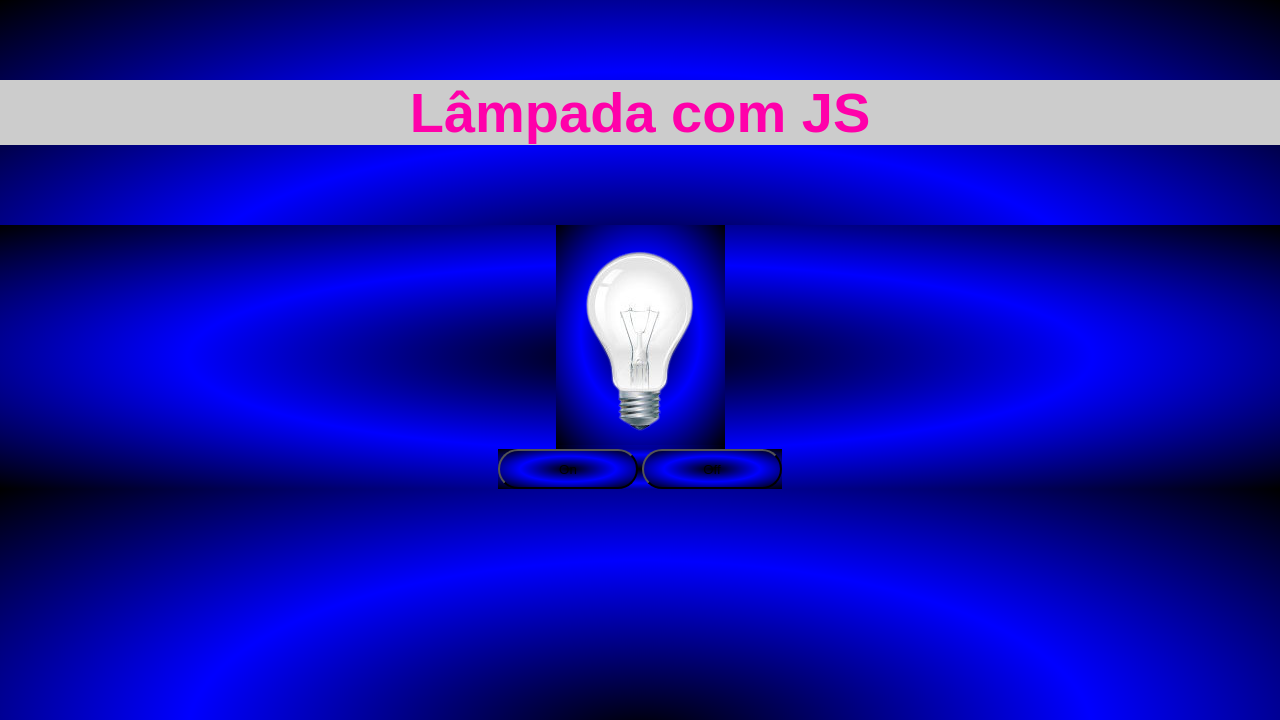
Repository: kahut-gdd/lampadaComJs
Page: index.html
These files come from the project's save history. The page is drawn as it stood at one moment and after the next save; the edit follows.
The browser window is 1280 px wide. The pictures show the whole page.

Above is the page before, as saved 2022-06-25 13:05:33.

### index.html
<!DOCTYPE html>
<html lang="pt-br">
<head>
    <meta charset="UTF-8">
    <meta http-equiv="X-UA-Compatible" content="IE=edge">
    <meta name="viewport" content="width=device-width, initial-scale=1.0">
    <title>LampadaComJs</title>
    <style>
        *{
            margin: 0;
            padding: 0;
            background: radial-gradient(rgb(0, 0, 0), blue, black);
            align-items: center;
        }
        h1{
            background: #ccc;
            color: rgb(255, 0, 170);
            text-align: center;
            font-size: 3.5rem;
            font-family: sans-serif;
        }
        head, main{
            margin-top: 80px;
            display: flex;
            flex-direction: column;
            align-items: center;
            cursor: pointer;
        }
        button{
            width: 140px;
            height: 40px;
            background-color: rgb(231, 231, 231);
            color: #000;
            cursor: pointer;
            border-radius: 60px;

        }
        #turnOn:hover{
            background: rgb(84, 247, 84);
            color: aliceblue;
            font-size: 1.2rem;
        }
        #turnOff:hover{
            background: rgb(255, 0, 55);
            color: aliceblue;
            font-size: 1.2rem;
        }
    </style>
</head>
<body>
    <header>
        <h1>Lâmpada com JS</h1>
    </header>
    <main>
        <div>
            <img src="./img/desligada.png" alt="Lámpada" id="lamp">
        </div>
        <div>
            <button id="turnOn">On</button>
            <button id="turnOff">Off</button>
        </div>
    </main>


    <script>
        const turnOn = document.getElementById('turnOn');
        const turnOff = document.getElementById('turnOff');
        const lamp = document.getElementById('lamp');

        function isLampBroken(){
            return lamp.src.indexOf('quebrada') > -1;
        }

        function lampOn(){
            if(!isLampBroken()){
            lamp.src = './img/ligada.png';
            }
        }

        function lampOff(){
            if(!isLampBroken()){
            lamp.src = './img/desligada.png';
            }
        }
        function lampBroken(){
            lamp.src = './img/quebrada.png';
        }

        turnOn.addEventListener('click', lampOn);
        turnOff.addEventListener('click', lampOff);
        lamp.addEventListener('mouseover', lampOn);
        lamp.addEventListener('mouseleave', lampOff);
        lamp.addEventListener('dblclick', lampBroken);

    </script>
</body>
</html>

After the next save:
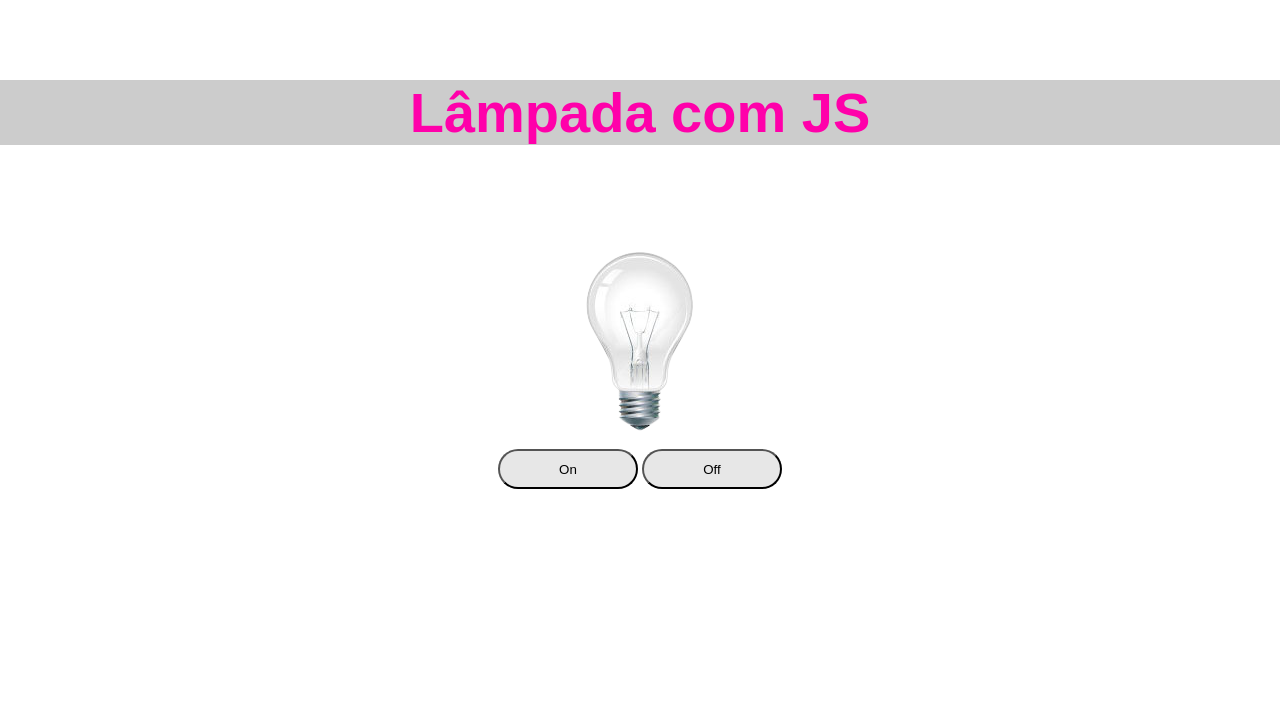
Saved 11 s later.
--- a/index.html
+++ b/index.html
@@ -9,7 +9,7 @@
         *{
             margin: 0;
             padding: 0;
-            background: radial-gradient(rgb(0, 0, 0), blue, black);
+            background: radial-gradient(, blue, black);
             align-items: center;
         }
         h1{

After the save that followed:
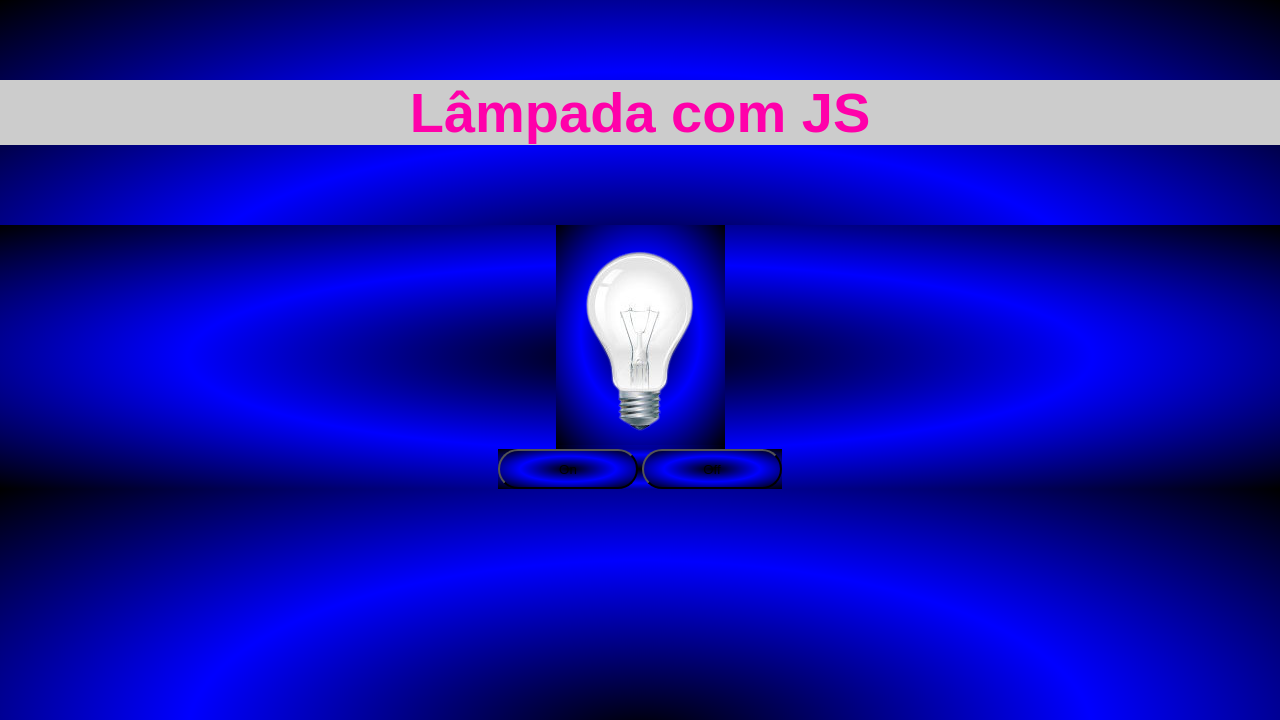
Saved 4 s later.
--- a/index.html
+++ b/index.html
@@ -9,7 +9,7 @@
         *{
             margin: 0;
             padding: 0;
-            background: radial-gradient(, blue, black);
+            background: radial-gradient(black, blue, black);
             align-items: center;
         }
         h1{
